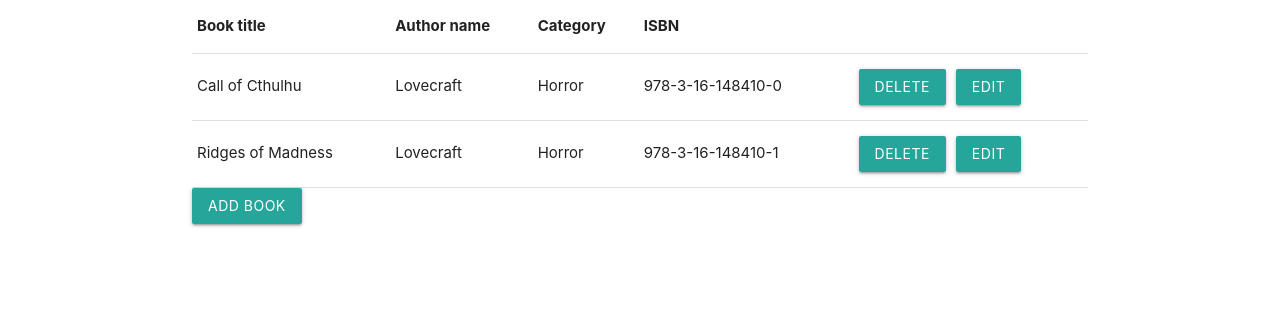
Repository: AlexanderBil/bookShalf
Page: /
The author's editor kept a copy of each file at every save. The page is drawn from the files as they stood at one save, then again after a run of saves.
The browser window is 1280 px wide. The pictures show the whole page.
The project was rebuilt for these pictures with package versions that can differ from the ones it lists, and the page was loaded fresh each time. Also part of the build but not shown: src/components/AddBook.js, src/components/Edit.js, src/components/Modal.css.

Above is the page before, as saved 2021-06-27 20:14:53.

### public/index.html
<!DOCTYPE html>
<html lang="en">
  <head>
    <meta charset="utf-8" />
    <link rel="icon" href="%PUBLIC_URL%/favicon.ico" />
    <meta name="viewport" content="width=device-width, initial-scale=1" />
    <meta name="theme-color" content="#000000" />
    <meta
      name="description"
      content="Web site created using create-react-app"
    />
    <link rel="apple-touch-icon" href="%PUBLIC_URL%/logo192.png" />

    <link rel="manifest" href="%PUBLIC_URL%/manifest.json" />
    <link rel="stylesheet" href="https://cdnjs.cloudflare.com/ajax/libs/materialize/1.0.0/css/materialize.min.css">


    <title>React Book App</title>
  </head>
  <body>
    <noscript>You need to enable JavaScript to run this app.</noscript>
    <div id="root"></div>

  </body>
</html>

### src/index.css
body {
  margin: 0;
  font-family: -apple-system, BlinkMacSystemFont, 'Segoe UI', 'Roboto', 'Oxygen',
    'Ubuntu', 'Cantarell', 'Fira Sans', 'Droid Sans', 'Helvetica Neue',
    sans-serif;
  -webkit-font-smoothing: antialiased;
  -moz-osx-font-smoothing: grayscale;
}

.edit, .delete{
  margin: 15px 5px;
  display: table-cell;
  text-align: left;
  vertical-align: middle;
}

### src/App.js
import {BrowserRouter as Router, Route, Switch, useHistory} from 'react-router-dom';
import {useState, useEffect} from 'react';

import {ListBook} from './components/ListBook';
import {AddBook} from './components/AddBook';
import {Edit} from './components/Edit'
import {Modal} from "./components/Modal"


function App() {
  const [books, setBooks] = useState([]);        // для компонента ListBook
  const [booksEdit, setBooksEdit] = useState({}) // для компонента Edit
  const [modal, setModal] = useState(false);

  const [dataform, setDataform] = useState({     // дял компонента AddBook
    name: '',
    author: '',
    category: '',
    isbn: '',
    id: 0,
  })

//заносим данні в books
useEffect(() => {
  fetch('./db.json')
  .then(data => data.json())
  .then(data => setBooks(data))
}, []);


// функція що заносить в стейт dataform, данні з форми компонента AddBook
const handleSubmit = (e) => {
  setDataform({...dataform, [e.target.name]: e.target.value})
}

// функція що заносить в стейт editForm, данні які ми міняєм в edit
const handleEdit = (e) => {
  setBooksEdit({...booksEdit, [e.target.name]: e.target.value})
}


// функція додавання книги для компонента AddBook
const addbook = () => {
  dataform.id = books.length+1;
  setBooks([...books, dataform])

  setModal(!modal)
}


// функція для створення редагування (по кліку на Edit заносим в стейт booksEdit книгу яка спывпадаэ з id кнопки)
  const editItem = (e) => {
   books.map(item => {
      if(item.id == e.target.id){
           setBooksEdit(item)
      }
    })
  }

// функція яка обнуляє стейт booksEdit при натисненні кнопки Back в компоненті Edit
  const deletetItem = () => {
    setBooksEdit({})
  }

// функція яка зберігає редаговані дані
const saveEditBook = () =>{
  let mas = []
  books.map (item => {
    if(item.id == booksEdit.id){
      mas.push(item = booksEdit)
    }
    if(item.id != booksEdit.id){
      mas.push(item)
    }
  })
  setBooks(mas)

  setModal(!modal)
}


  return (
    <>
    <Router>
      <main className = "container">
        <Switch>
          <Route exact path = '/' render = {() => <ListBook books = {books} editItem = {editItem} />}/>
          <Route  path = '/addbook' render = { () => <AddBook handleSubmit = {handleSubmit} addbook = {addbook} books = {books} /> }/>
          <Route  path = '/edit' render = {() => <Edit booksEdit = {booksEdit} deletetItem = {deletetItem} handleEdit = {handleEdit} saveEditBook ={saveEditBook} />}/>

        </Switch>
        <Modal modal={modal} />
      </main>
    </Router>

  </>
  );
}

export default App;

### src/components/ListBook.js
import {useState, useEffect} from 'react';
import {Link} from 'react-router-dom';

function ListBook(props){

  const {books, editItem} = props;
  const [booksList, setBooksList] = useState([]);

// кладем в стейт booksList, книги
  useEffect(() => {
    setBooksList(books)
  }, [books]);

   // функція видалення книги
  const removeItem = (e) => {
    setBooksList(booksList.filter(item => item.id != e.target.id))
  }


    return (
        <div className = 'dashboard'>

     <table className = "responsive-table">
     <thead className = "responsive-table">
          <tr>
              <th>Book title</th>
              <th>Author name</th>
              <th>Category</th>
              <th>ISBN</th>
          </tr>
        </thead>

          {booksList.map(item =>
             <tbody key = {item.id} className = "responsive-table">
                <tr >
                  <td>{item.name}</td>
                  <td>{item.author}</td>
                  <td>{item.category}</td>
                  <td>{item.isbn}</td>
                  <td></td><button onClick = {removeItem} className = "btn delete" id = {item.id}>Delete</button>
                  <Link to = '/edit'><button onClick = {editItem}  className = "btn edit" id = {item.id}>Edit</button></Link>
                </tr>
          </tbody>
          )}
     </table>
       <Link to = '/addbook'> <button className = "btn">Add Book</button> </Link>
       </div>
    )
  }
  export {ListBook}

### src/components/Modal.js
import {useState, useEffect} from 'react';
import {Link} from 'react-router-dom';
import React from "react";
import './Modal.css';

function Modal (props) {
  const {modal} = props;
  const [close, setClose] = useState(true);

  useEffect(() => {
    setClose(modal)
  }, [modal])

  function closeModal(){
    setClose(!close)
  }
  return(
    close && (
    <div className = "myModal">
        <div className = "overlay"></div>
          <div className = "modal-content">
            <div className = "modal-content-center">
                <div className = "title">Change complited</div>
                <Link to = '/'> <button className = "btn close" onClick={closeModal}>Close</button> </Link>
            </div>
        </div>
    </div>
    )
  )
}

export {Modal}

### public/db.json
 [{
        "id": 1,
        "name": "Call of Cthulhu",
        "author": "Lovecraft",
        "category": "Horror",
        "isbn": "978-3-16-148410-0"
    }, {
        "id": 2,
        "name": "Ridges of Madness ",
        "author": "Lovecraft",
        "category": "Horror",
        "isbn": "978-3-16-148410-1"
    }
]

Loaded but not shown: src/index.js (common file)

After the next 2 saves:
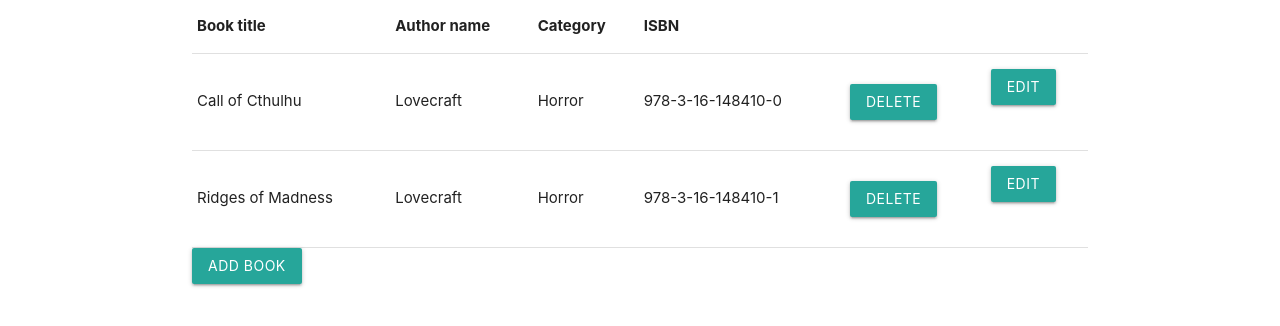
The 2 saves are shown as one change because they came seconds apart.
The last was saved 7 s later.
--- a/src/components/ListBook.js
+++ b/src/components/ListBook.js
@@ -37,7 +37,7 @@ function ListBook(props){
                   <td>{item.author}</td>
                   <td>{item.category}</td>
                   <td>{item.isbn}</td>
-                  <td></td><button onClick = {removeItem} className = "btn delete" id = {item.id}>Delete</button>
+                  <td><button onClick = {removeItem} className = "btn delete" id = {item.id}>Delete</button></td>
                   <Link to = '/edit'><button onClick = {editItem}  className = "btn edit" id = {item.id}>Edit</button></Link>
                 </tr>
           </tbody>
